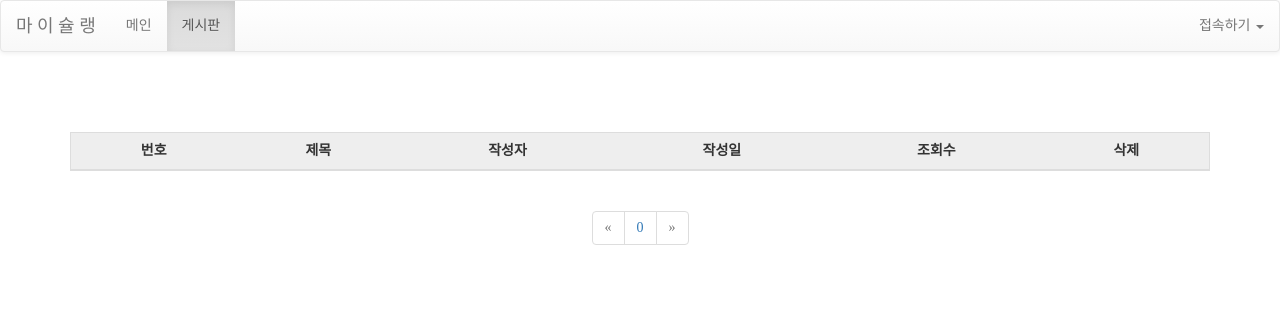
Repository: serendipity63/mychelin
Page: http://localhost/board/WEB-INF/views/boardlist.jsp
An editor plug-in stored every save of this project. The page is shown before and after the next save, followed by the edit.
The browser window is 1280 px wide. The pictures show the whole page.
Some web fonts or font styles are not loaded; a fallback is used. Some web libraries are served in a nearby version. The page is served by Tomcat 9. Nobody is signed in. The template is opened directly, without the code that normally fills it, so the values that code supplies are empty.

Above is the page before, as saved 2024-01-11 08:08:53.

After the next save:
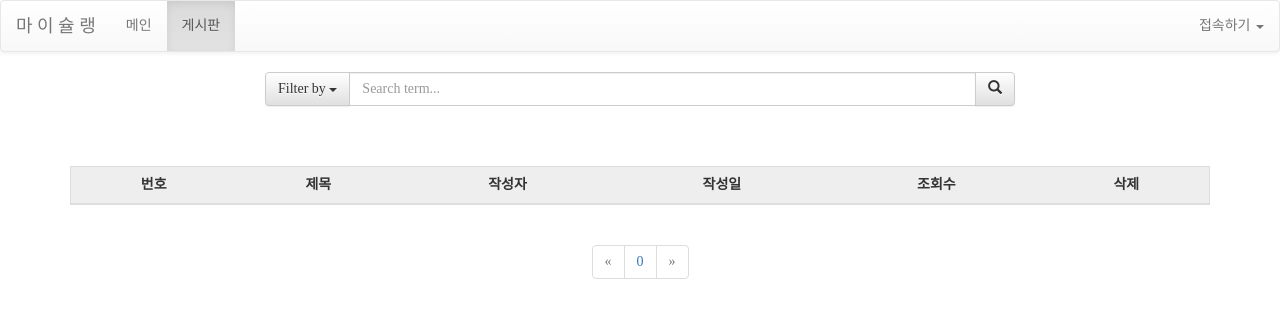
Saved 5 min 48 s later.
--- a/board/src/main/webapp/WEB-INF/views/boardlist.jsp
+++ b/board/src/main/webapp/WEB-INF/views/boardlist.jsp
@@ -74,6 +74,37 @@
 			</c:choose>
 		</div>
 	</nav>
+
+<div class="container">
+    <div class="row">
+        <div class="col-xs-8 col-xs-offset-2">
+		    <div class="input-group">
+                <div class="input-group-btn search-panel">
+                    <button type="button" class="btn btn-default dropdown-toggle" data-toggle="dropdown">
+                    	<span id="search_concept">Filter by</span> <span class="caret"></span>
+                    </button>
+                    <ul class="dropdown-menu" role="menu">
+                      <li><a href="#contains">Contains</a></li>
+                      <li><a href="#its_equal">It's equal</a></li>
+                      <li><a href="#greather_than">Greather than ></a></li>
+                      <li><a href="#less_than">Less than < </a></li>
+                      <li class="divider"></li>
+                      <li><a href="#all">Anything</a></li>
+                    </ul>
+                </div>
+                <input type="hidden" name="search_param" value="all" id="search_param">
+                <input type="text" class="form-control" name="x" placeholder="Search term...">
+                <span class="input-group-btn">
+                    <button class="btn btn-default" type="button"><span class="glyphicon glyphicon-search"></span></button>
+                </span>
+            </div>
+        </div>
+	</div>
+</div>
+
+
+
+
 
 	<div class="container">
 		<c:if test="${user ne Empty }">

After the 4 saves that followed:
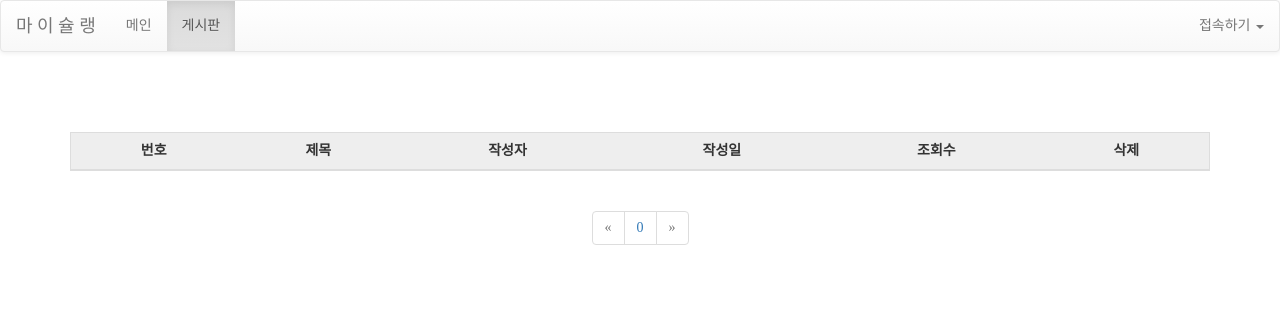
The 4 saves are shown as one change because 3 left the picture as it was.
The last was saved 6 min 18 s later.
--- a/board/src/main/webapp/WEB-INF/views/boardlist.jsp
+++ b/board/src/main/webapp/WEB-INF/views/boardlist.jsp
@@ -75,32 +75,7 @@
 		</div>
 	</nav>
 
-<div class="container">
-    <div class="row">
-        <div class="col-xs-8 col-xs-offset-2">
-		    <div class="input-group">
-                <div class="input-group-btn search-panel">
-                    <button type="button" class="btn btn-default dropdown-toggle" data-toggle="dropdown">
-                    	<span id="search_concept">Filter by</span> <span class="caret"></span>
-                    </button>
-                    <ul class="dropdown-menu" role="menu">
-                      <li><a href="#contains">Contains</a></li>
-                      <li><a href="#its_equal">It's equal</a></li>
-                      <li><a href="#greather_than">Greather than ></a></li>
-                      <li><a href="#less_than">Less than < </a></li>
-                      <li class="divider"></li>
-                      <li><a href="#all">Anything</a></li>
-                    </ul>
-                </div>
-                <input type="hidden" name="search_param" value="all" id="search_param">
-                <input type="text" class="form-control" name="x" placeholder="Search term...">
-                <span class="input-group-btn">
-                    <button class="btn btn-default" type="button"><span class="glyphicon glyphicon-search"></span></button>
-                </span>
-            </div>
-        </div>
-	</div>
-</div>
+
 
 
 
